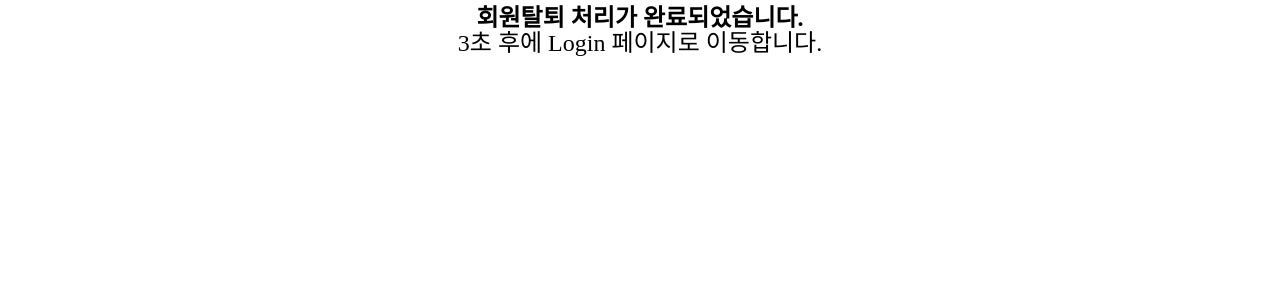
Repository: kr1124/jsp
Page: http://localhost/ServletProject/member/deleteForm.jsp
These files come from the project's save history. The page is drawn as it stood at one moment and after the next save; the edit follows.
The browser window is 1280 px wide. The pictures show the whole page.
The page is served by Tomcat 9.

Above is the page before, as saved 2024-12-09 08:08:15.
Console error: TypeError: Cannot read properties of undefined (reading 'pass')

After the next save:
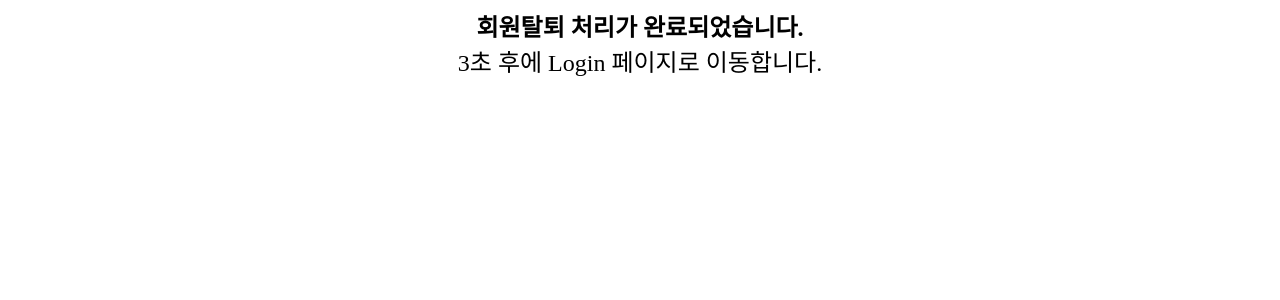
Console error: ReferenceError: begin is not defined
Saved 15 s later.
--- a/ServletProject/src/main/webapp/member/deleteForm.jsp
+++ b/ServletProject/src/main/webapp/member/deleteForm.jsp
@@ -6,8 +6,8 @@
 <head>
 	<meta charset="UTF-8">
 	<title>회원 탈퇴</title>
-	<link href="style.css" rel="stylesheet" type="text/css" >
-	<script type="text/javascript" src="script.js"></script>
+	<!-- <link href="style.css" rel="stylesheet" type="text/css" >
+	<script type="text/javascript" src="script.js"></script> -->
 </head>
 <body onload="begin()">
 	<div align="center">

After the save that followed:
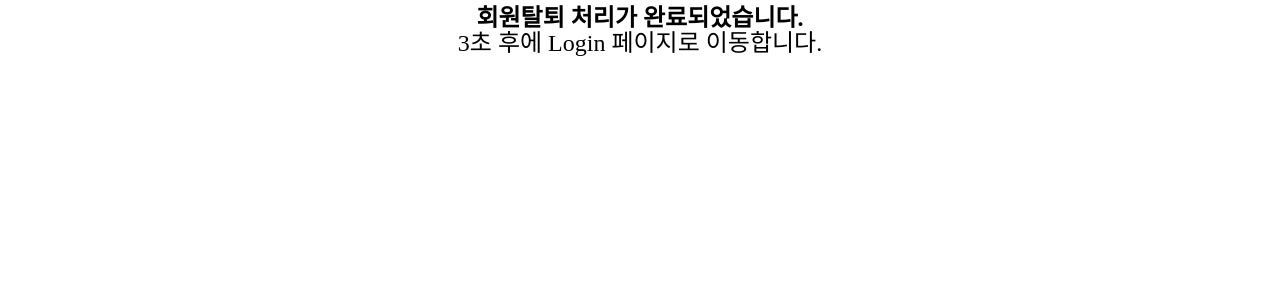
The error is gone.
Saved 13 s later.
--- a/ServletProject/src/main/webapp/member/deleteForm.jsp
+++ b/ServletProject/src/main/webapp/member/deleteForm.jsp
@@ -6,10 +6,10 @@
 <head>
 	<meta charset="UTF-8">
 	<title>회원 탈퇴</title>
-	<!-- <link href="style.css" rel="stylesheet" type="text/css" >
-	<script type="text/javascript" src="script.js"></script> -->
+	<link href="style.css" rel="stylesheet" type="text/css" >
+	<script type="text/javascript" src="script.js"></script>
 </head>
-<body onload="begin()">
+<body onload="">
 	<div align="center">
 		<font size="5" face="궁서체">
 			<b>회원탈퇴 처리가 완료되었습니다.</b><br>
